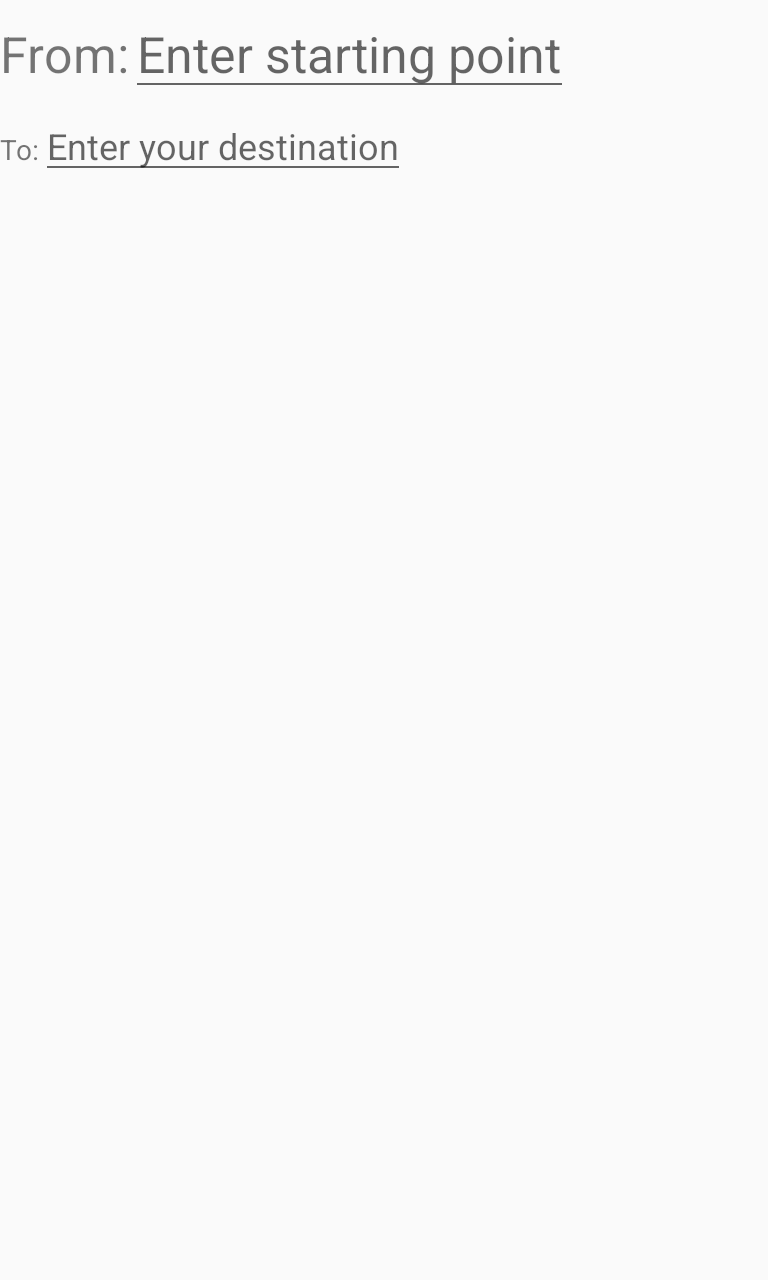
Repository: TewodrosT/LiLY
Layout: TransportationLily/res/layout/activity_main.xml
These files come from the project's save history. The layout is drawn as it stood at one moment and after the next save; the edit follows.
It is drawn on a 768 x 1280 px phone screen (xhdpi) without system bars, with theme AppTheme; the app's code is not run.

Above is the layout before, as saved 2014-08-05 16:51:51.

After the next save:
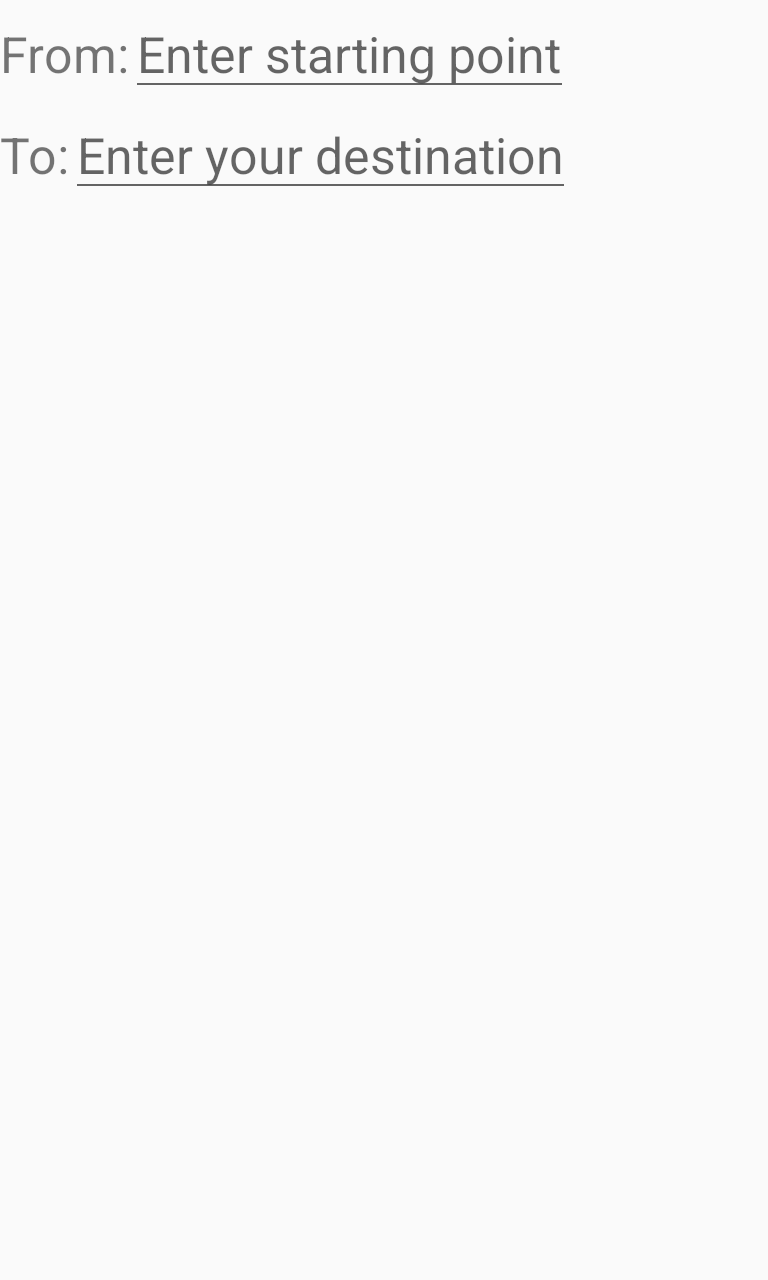
Saved 16 s later.
--- a/TransportationLily/res/layout/activity_main.xml
+++ b/TransportationLily/res/layout/activity_main.xml
@@ -32,11 +32,13 @@
 
 
     <TextView
+        android:textSize="25sp"
         android:layout_width="wrap_content"
         android:layout_height="wrap_content"
         android:text="@string/destination_point" />
 
     <EditText
+        android:textSize="25sp"
         android:id="@+id/to"
         android:layout_width="0dp"
         android:layout_weight="1"
